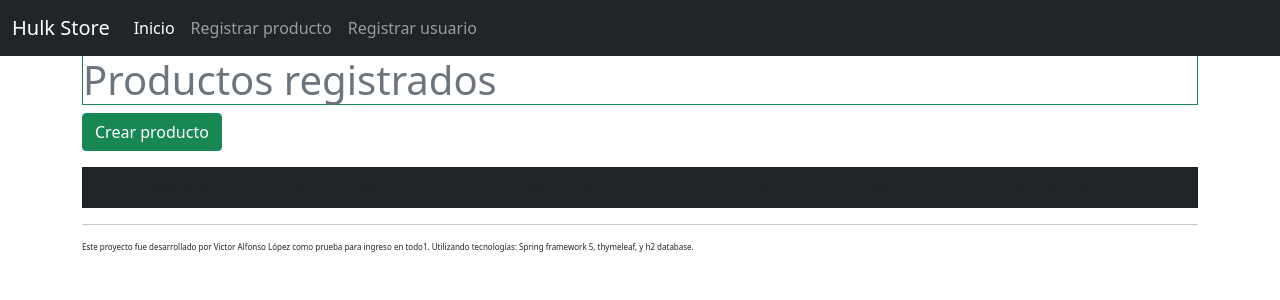
Repository: alfonsoLopez1992/PruebaTODO1
Page: http://localhost/usuario/listado
An editor plug-in stored every save of this project. The page is shown before and after the next save, followed by the edit.
The browser window is 1280 px wide. The pictures show the whole page.
Some web libraries are served in a nearby version. The page is this project's Thymeleaf template; nobody is signed in. The template is opened directly, without the code that normally fills it, so the values that code supplies are empty.

Above is the page before, as saved 2021-02-15 20:30:07.

After the next save:
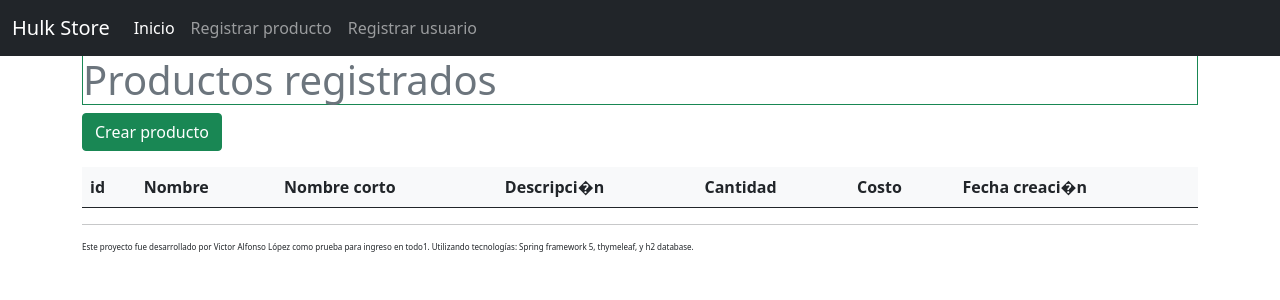
Saved 5 min 41 s later.
--- a/hulk-store-internet/src/main/resources/templates/usuario/listado.html
+++ b/hulk-store-internet/src/main/resources/templates/usuario/listado.html
@@ -14,7 +14,7 @@
 
        <p><a th:href="@{/producto/crear}" class="btn btn-success btn-xs">Crear producto</a></p>
 		<table class="table table-striped">
-			<thead class="bg-dark">
+			<thead class="bg-light">
 				<tr>
 					<th>id</th>
 					<th>Nombre</th>
